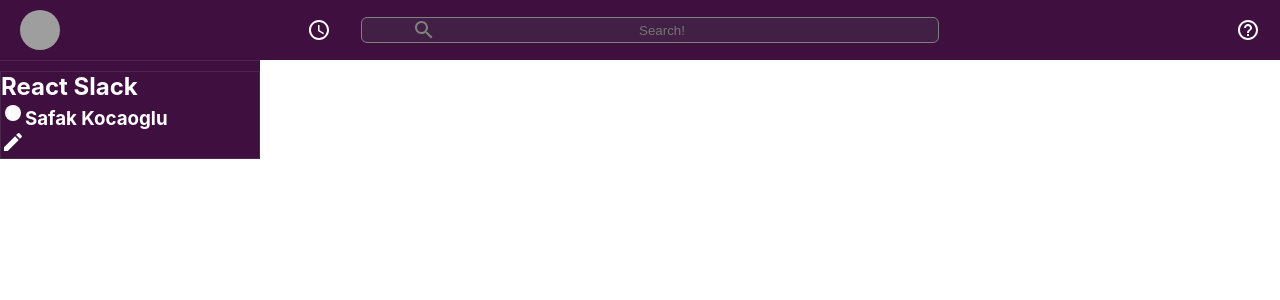
Repository: mminhaz93/React-Slack-Clone
Page: /
An editor plug-in stored every save of this project. The page is shown before and after the next save, followed by the edit.
The browser window is 1280 px wide. The pictures show the whole page.
Pictures or frames that could not be fetched are drawn as grey boxes. The project was rebuilt for these pictures with package versions that can differ from the ones it lists, and the page was loaded fresh each time.

Above is the page before, as saved 2020-08-13 20:59:03.

### src/index.css
* {
  margin: 0;
}

body {
  margin: 0;
  font-family: -apple-system, BlinkMacSystemFont, 'Segoe UI', 'Roboto', 'Oxygen',
    'Ubuntu', 'Cantarell', 'Fira Sans', 'Droid Sans', 'Helvetica Neue',
    sans-serif;
  -webkit-font-smoothing: antialiased;
  -moz-osx-font-smoothing: grayscale;
}

code {
  font-family: source-code-pro, Menlo, Monaco, Consolas, 'Courier New',
    monospace;
}

### src/App.js
import React from 'react';
import './App.css';
import Header from "./components/Header"
import Sidebar from "./components/Sidebar"

function App() {
  return (
    <div className="App">
      <Header />
      <div className="appBody">
        <Sidebar />
      </div>
    </div>
  );
}

export default App;

### src/components/Header.js
import React from "react";
import "./Header.css";
import { Avatar } from "@material-ui/core";
import { AccessTime, Search, HelpOutline } from "@material-ui/icons";

const Header = () => {
  return (
    <div className="header">
      <div className="headerLeft">
        <Avatar className="headerAvatar" alt="Safak" src="safak" />
        <AccessTime />
      </div>
      <div className="headerSearch">
        <Search />
        <input placeholder="Search!" />
      </div>
      <div className="headerRight">
        <HelpOutline />
      </div>
    </div>
  );
};

export default Header;

### src/components/Sidebar.js
import React from "react";
import "./Sidebar.css";
import { FiberManualRecord, Create } from "@material-ui/icons";

const Sidebar = () => {
  return (
    <div className="sidebar">
      <div className="sidebarHeader">
        <div className="sidebarInfo">
          <h2>React Slack</h2>
          <h3>
            <FiberManualRecord />
            Safak Kocaoglu
          </h3>
        </div>
        <Create/>
      </div>
    </div>
  );
};

export default Sidebar;

### src/components/Header.css
.header {
  display: flex;
  align-items: center;
  justify-content: space-between;
  padding: 10px 0;
  background-color: var(--slack-color);
  color: white;
}

.headerLeft {
  flex: 0.3;
  display: flex;
  align-items: center;
  margin-left: 20px;
}

.headerLeft > .MuiSvgIcon-root {
  margin-left: auto;
  margin-right: 30px;
}

.headerSearch {
  flex: 0.4;
  background-color: #421f44;
  text-align: center;
  display: flex;
  padding: 0 50px;
  color: gray;
  border: 1px solid gray;
  border-radius: 6px;
}

.headerSearch > input {
  background-color: transparent;
  border: none;
  text-align: center;
  min-width: 35vw;
}

.headerRight {
  flex: 0.3;
  display: flex;
  align-items: flex-end;
}

.headerRight > .MuiSvgIcon-root {
    margin-left: auto;
    margin-right: 20px;
  }

### src/components/Sidebar.css
.sidebar {
  background-color: var(--slack-color);
  border-top: 1px solid #49274b;
  max-width: 260px;
  color: white;
}

.sidebarHeader {
  margin-top: 10px;
  margin-bottom: 10px;
  border: 1px solid #49274b;
}

Loaded but not shown: public/index.html (common file); src/index.js (common file); src/serviceWorker.js (common file); src/App.css (common file)

After the next save:
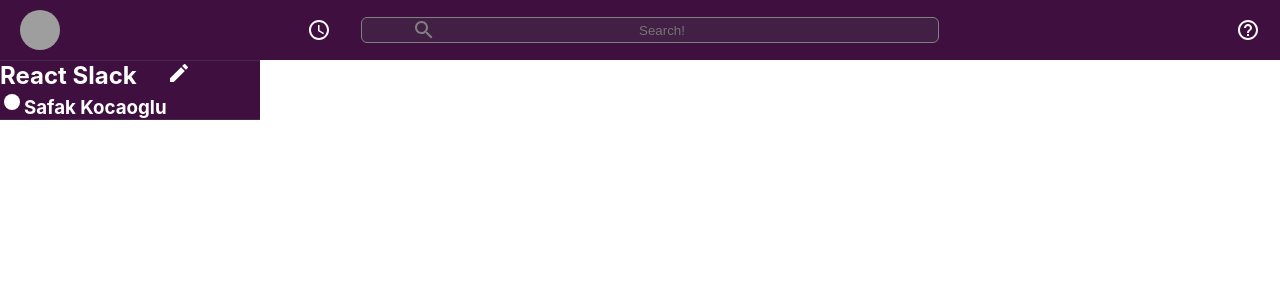
Saved 67 s later.
--- a/src/components/Sidebar.css
+++ b/src/components/Sidebar.css
@@ -6,7 +6,6 @@
 }
 
 .sidebarHeader {
-  margin-top: 10px;
-  margin-bottom: 10px;
-  border: 1px solid #49274b;
+  display: flex;
+  border-bottom: 1px solid #49274b;
 }
